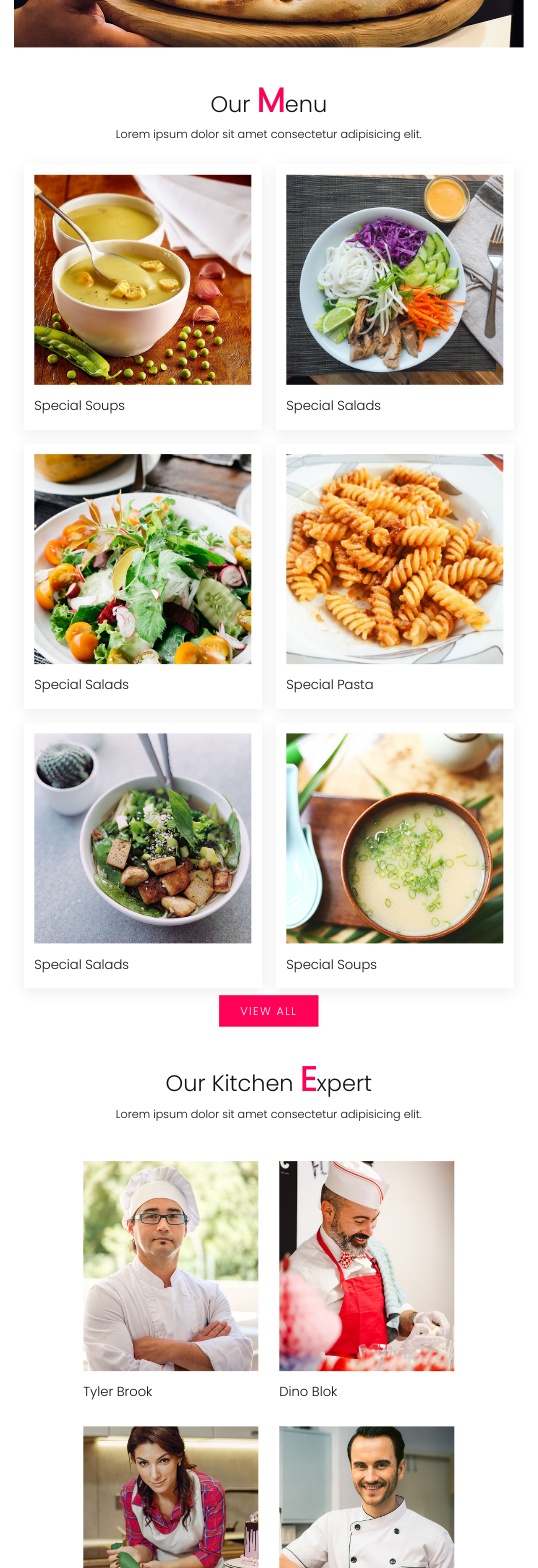
Repository: Adriandias1997/MobileFriendly_FoodWebsite
Page: index.html
These files come from the project's save history. The page is drawn as it stood at one moment and after the next save; the edit follows.
The browser window is 768 px wide. The pictures show the part of the page from y = 1344 to 3584 px (the page is 5927 px tall before and 5807 px after), at 70% of full size.

Above is the page before, as saved 2020-10-16 20:13:19.

### index.html
<!DOCTYPE html>
<html lang="en">

<head>
    <meta charset="UTF-8">
    <meta name="viewport" content="width=device-width, initial-scale=1.0">
    <title>Food</title>
    <link rel="stylesheet" href="style.css">
</head>

<body>
    <header>
        <a href="#" class="logo">Food <span>Corner</span></a>
        <div class="menuToggle" onclick="toggleMenu();"></div>
        <ul class="navigation">
            <li><a href="#banner">Home</a></li>
            <li><a href="#about">About Us</a></li>
            <li><a href="#menu">Menu</a></li>
            <li><a href="#expert">Expert</a></li>
            <li><a href="#testimonials">Testimonials</a></li>
            <li><a href="#contact">Contact</a></li>
        </ul>

    </header>
    <section class="banner" id="banner">
        <div class="content">
            <h2>Always choose Good</h2>
            <p>Lorem ipsum dolor sit amet consectetur adipisicing elit. Ipsam delectus nisi hic deserunt at, ex harum sit. Quos quaerat ut expedita velit. Commodi accusamus non debitis error sint at perspiciatis.</p>

            <a href="#" class="btn">Our Menu</a>
        </div>
    </section>

    <section class="about" id="about">
        <div class="row">
            <div class="col50">
                <h2 class="titleText"><span>A</span>bout Us</h2>
                <p>Lorem ipsum dolor sit amet consectetur adipisicing elit. Dolorum vero quam, at fuga facilis maiores consequatur! Quibusdam possimus debitis sed alias, provident fuga voluptatem, tempora eligendi aliquid quaerat laudantium repellat. Lorem
                    ipsum dolor sit amet consectetur adipisicing elit. Dolorum vero quam, at fuga facilis maiores consequatur! Quibusdam possimus debitis sed alias, provident fuga voluptatem, tempora eligendi aliquid quaerat laudantium repellat. Lorem
                    ipsum dolor sit amet consectetur adipisicing elit. Dolorum vero quam, at fuga facilis maiores consequatur! Quibusdam possimus debitis sed alias, provident fuga voluptatem, tempora eligendi aliquid quaerat laudantium repellat.
                </p>
            </div>
            <div class="col50">
                <div class="imgBx">
                    <img src="./Images/img1.jpg" alt="">
                </div>
            </div>
        </div>
    </section>

    <section class="menu" id="menu">
        <div class="title">
            <h2 class="titleText">Our <span>M</span>enu</h2>
            <p>Lorem ipsum dolor sit amet consectetur adipisicing elit.
            </p>
        </div>
        <div class="content">
            <div class="box">
                <div class="imgBx">
                    <img src="Images/menu1.jpg" alt="">
                </div>
                <div class="text">
                    <h3>Special Salads</h3>
                </div>
            </div>
            <div class="box">
                <div class="imgBx">
                    <img src="Images/menu2.jpg" alt="">
                </div>
                <div class="text">
                    <h3>Special Soups</h3>
                </div>
            </div>
            <div class="box">
                <div class="imgBx">
                    <img src="Images/menu3.jpg" alt="">
                </div>
                <div class="text">
                    <h3>Special Pasta</h3>
                </div>
            </div>
            <div class="box">
                <div class="imgBx">
                    <img src="Images/menu4.jpg" alt="">
                </div>
                <div class="text">
                    <h3>Special Salads</h3>
                </div>
            </div>
            <div class="box">
                <div class="imgBx">
                    <img src="Images/menu5.jpg" alt="">
                </div>
                <div class="text">
                    <h3>Special Soups</h3>
                </div>
            </div>
            <div class="box">
                <div class="imgBx">
                    <img src="Images/menu6.jpg" alt="">
                </div>
                <div class="text">
                    <h3>Special Salads</h3>
                </div>
            </div>
        </div>
        <div class="title">
            <a href="#" class="btn">
                View All
            </a>
        </div>
    </section>
    <section class="expert" id="expert">
        <div class="title">
            <h2 class="titleText">Our Kitchen <span>E</span>xpert</h2>
            <p>Lorem ipsum dolor sit amet consectetur adipisicing elit.
            </p>
        </div>
        <div class="content">
            <div class="box">
                <div class="imgBx">
                    <img src="Images/expert1.jpg" alt="">
                </div>
                <div class="text">
                    <h3>Tyler Brook</h3>
                </div>
            </div>
            <div class="box">
                <div class="imgBx">
                    <img src="Images/expert2.jpg" alt="">
                </div>
                <div class="text">
                    <h3>Dino Blok</h3>
                </div>
            </div>
            <div class="box">
                <div class="imgBx">
                    <img src="Images/expert3.jpg" alt="">
                </div>
                <div class="text">
                    <h3>Melanie Sasha</h3>
                </div>
            </div>
            <div class="box">
                <div class="imgBx">
                    <img src="Images/expert4.jpg" alt="">
                </div>
                <div class="text">
                    <h3>Bevon Gomez</h3>
                </div>
            </div>
        </div>
    </section>

    <section class="testimonials" id="testimonials">
        <div class="title white">
            <h2 class="titleText">They <span>S</span>aid about Us</h2>
            <p>Lorem ipsum dolor sit amet consectetur adipisicing elit.
            </p>
        </div>
        <div class="content">
            <div class="box">

                <div class="imgBx">
                    <img src="Images/testi1.jpg" alt="">
                </div>
                <div class="text">
                    <p>Lorem ipsum dolor sit amet consectetur adipisicing elit. Ipsam delectus nisi hic deserunt at, ex harum sit. Quos quaerat ut expedita velit. Commodi accusamus non debitis error sint at perspiciatis.
                    </p>
                    <h3>Christina Dias</h3>
                </div>
            </div>
            <div class="box">

                <div class="imgBx">
                    <img src="Images/testi2.jpg" alt="">
                </div>
                <div class="text">
                    <p>Lorem ipsum dolor sit amet consectetur adipisicing elit. Ipsam delectus nisi hic deserunt at, ex harum sit. Quos quaerat ut expedita velit. Commodi accusamus non debitis error sint at perspiciatis.
                    </p>
                    <h3>Charlie Walker</h3>
                </div>
            </div>
            <div class="box">

                <div class="imgBx">
                    <img src="Images/testi3.jpg" alt="">
                </div>
                <div class="text">
                    <p>Lorem ipsum dolor sit amet consectetur adipisicing elit. Ipsam delectus nisi hic deserunt at, ex harum sit. Quos quaerat ut expedita velit. Commodi accusamus non debitis error sint at perspiciatis.
                    </p>
                    <h3>Maya Jensen</h3>
                </div>
            </div>
        </div>
    </section>

    <section class="contact" id="contact">
        <div class="title">
            <h2 class="titleText"><span>C</span>ontact Us</h2>
            <p>Lorem ipsum dolor sit amet consectetur adipisicing elit.
            </p>
        </div>
        <div class="contactForm">
            <h3>Send Message</h3>
            <div class="inputBox">
                <input type="text" placeholder="Name">
            </div>
            <div class="inputBox">
                <input type="text" placeholder="Email">
            </div>
            <div class="inputBox">
                <textarea placeholder="Say Something"></textarea>

                <div class="inputBox">
                    <input type="submit" value="send">
                </div>

            </div>
    </section>
    <div class="copyrightText">
        <p>Copyright 2020 <a href="#">Adrian Dias</a>. All Right Reserved</p>

    </div>
    <script src="index.js"></script>
</body>

</html>

### style.css
            @import url("https://fonts.googleapis.com/css2?family=Poppins:wght@300&display=swap");
            * {
                margin: 0;
                padding: 0;
                box-sizing: border-box;
                font-family: "Poppins", sans-serif;
                scroll-behavior: smooth;
            }

            p {
                font-weight: 300;
                color: #111;
            }
            /* body {
    min-height: 1000px;
} */

            .banner {
                position: relative;
                width: 100%;
                min-height: 100vh;
                display: flex;
                justify-content: center;
                align-items: center;
                background: url(./Images/bg.jpg);
                background-size: cover;
            }

            .banner .content {
                max-width: 900px;
                text-align: center;
            }

            .banner .content h2 {
                font-size: 5em;
                color: #fff;
            }

            .banner .content p {
                font-size: 1em;
                color: #fff;
            }

            .btn {
                font-size: 1em;
                color: #fff;
                background: #ff0157;
                display: inline-block;
                padding: 10px 30px;
                text-transform: uppercase;
                text-decoration: none;
                letter-spacing: 2px;
                transition: 0.5s;
            }

            .btn:hover {
                background-color: #fff;
                color: #ff0157;
                letter-spacing: 6px;
            }

            header {
                position: fixed;
                top: 0;
                left: 0;
                width: 100%;
                padding: 40px 100px;
                z-index: 10000;
                display: flex;
                justify-content: space-between;
                align-items: center;
                transition: 0.5s;
            }

            header.sticky {
                background: #fff;
                padding: 10px 100px;
                box-shadow: 0 5px 20px rgba(0, 0, 0, 0.05);
            }

            header .logo {
                color: #fff;
                font-weight: 700;
                text-decoration: none;
                font-size: 2em;
            }

            header.sticky .logo {
                color: #111;
            }

            header .logo span {
                color: #ff0157;
            }

            header .navigation {
                position: relative;
                display: flex;
            }

            header .navigation li {
                list-style: none;
                margin-left: 30px;
            }

            header .navigation li a {
                text-decoration: none;
                color: #fff;
                font-weight: 300;
            }

            header.sticky .navigation li a {
                color: #111;
                font-weight: 300;
            }

            header .navigation li a:hover {
                color: #ff0157;
            }

            section {
                padding: 100px;
            }

            .row {
                position: relative;
                width: 100%;
                display: flex;
                justify-content: space-between;
            }

            .row .col50 {
                position: relative;
                width: 48%;
            }

            .titleText {
                color: #111;
                font-size: 2em;
                font-weight: 400;
            }

            .titleText span {
                color: #ff0157;
                font-size: 1.5em;
                font-weight: 700;
            }

            .row .col50 .imgBx {
                position: relative;
                width: 100%;
                height: 100%;
                /* min-height: 300px; */
            }

            .row .col50 .imgBx img {
                position: relative;
                top: 0;
                left: 0;
                width: 100%;
                height: 100%;
                object-fit: cover;
            }

            .title {
                width: 100%;
                display: flex;
                justify-content: center;
                align-items: center;
                flex-direction: column;
            }

            .menu .content {
                display: flex;
                justify-content: center;
                flex-direction: row-reverse;
                flex-wrap: wrap;
                margin-top: 40px;
            }

            .menu .content .box {
                width: 340px;
                margin: 20px;
                border: 15px solid #fff;
                box-shadow: 0 5px 20px rgba(0, 0, 0, 0.08);
            }

            .menu .content .box .imgBx {
                position: relative;
                width: 100%;
                height: 300px;
            }

            .menu .content .box .imgBx img {
                position: absolute;
                top: 0;
                left: 0;
                width: 100%;
                height: 100%;
                object-fit: cover;
            }

            .menu .content .box .text {
                padding: 15px 0 5px;
            }

            .menu .content .box .text h3 {
                font-weight: 400;
                color: #111;
            }

            .expert .content {
                display: flex;
                justify-content: center;
                align-items: center;
                flex-wrap: wrap;
                flex-direction: row;
                margin-top: 40px;
            }

            .expert .content .box {
                width: 250px;
                margin: 15px;
            }

            .expert .content .box .imgBx {
                position: relative;
                width: 100%;
                height: 300px;
            }

            .expert .content .box .imgBx img {
                position: absolute;
                top: 0;
                left: 0;
                width: 100%;
                height: 100%;
                object-fit: cover;
            }

            .expert .content .box .text {
                padding: 15px 0 5px;
            }

            .expert .content .box .text h3 {
                font-weight: 400;
                color: #111;
            }

            .testimonials {
                background: url(./Images/bg2.jpg);
                background-size: cover;
            }

            .white .titleText,
            .white p {
                color: #fff;
            }

            .testimonials .content {
                display: flex;
                justify-content: center;
                flex-wrap: wrap;
                flex-direction: row;
                margin-top: 40px;
            }

            .testimonials .content .box {
                width: 340px;
                margin: 20px;
                padding: 40px;
                background: #fff;
                display: flex;
                justify-content: center;
                align-items: center;
                flex-direction: column;
            }

            .testimonials .content .box .imgBx {
                position: relative;
                width: 80px;
                height: 80px;
                margin-bottom: 20px;
                border-radius: 50%;
                overflow: hidden;
            }

            .testimonials .content .box .imgBx img {
                position: absolute;
                top: 0;
                left: 0;
                width: 100%;
                height: 100%;
                object-fit: cover;
            }

            .testimonials .content .box .text {
                text-align: center;
            }

            .testimonials .content .box .text p {
                color: #666;
                font-style: italic;
                font-size: 15px;
            }

            .testimonials .content .box .text h3 {
                margin-top: 20px;
                color: #ff0157;
                font-size: 1em;
                font-weight: 600;
            }

            .contact {
                background: url(./Images/bg3.jpg);
                background-size: cover;
            }

            .contactForm {
                padding: 75px 50px;
                background: #fff;
                box-shadow: 0 15px 50px rgba(0, 0, 0, 0.1);
                max-width: 500px;
                margin-top: 50px;
            }

            .contactForm h3 {
                color: #111;
                font-size: 1.2em;
                margin-bottom: 20px;
                font-weight: 500;
            }

            .contactForm .inputBox {
                position: relative;
                width: 100%;
                margin-bottom: 20px;
            }

            .contactForm .inputBox input,
            .contactForm .inputBox textarea {
                width: 100%;
                border: 1px solid #555;
                padding: 10px;
                color: #111;
                outline: none;
                font-size: 16px;
                font-weight: 300;
                resize: none;
            }

            .contactForm .inputBox input[type='submit'] {
                font-size: 1em;
                color: #fff;
                background: #ff0157;
                display: inline-block;
                text-transform: uppercase;
                text-decoration: none;
                letter-spacing: 2px;
                transition: 0.5s;
                max-width: 100px;
                font-weight: 500;
                border: none;
                cursor: pointer;
            }

            .copyrightText {
                padding: 8px 40px;
                border-top: 1px solid rgba(0, 0, 0, 0.1);
                text-align: center;
            }

            .copyrightText p {
                color: #333;
            }

            .copyrightText a {
                color: #ff0157;
                font-weight: 500;
                text-decoration: none;
            }

            @media(max-width:991px) {
                header,
                header.sticky {
                    padding: 10px 20px;
                }
                header .navigation {
                    display: none;
                }
                header .navigation.active {
                    width: 100%;
                    height: calc(100% - 68px);
                    position: fixed;
                    top: 68px;
                    left: 0;
                    display: flex;
                    justify-content: center;
                    align-items: center;
                    flex-direction: column;
                    background: #fff;
                }
                header .navigation li {
                    margin-left: 0;
                }
                header .navigation li a {
                    color: #111;
                    font-size: 1.6em;
                }
                .menuToggle {
                    position: relative;
                    width: 40px;
                    height: 40px;
                    background: url(./Images/menu.png);
                    background-size: 30px;
                    background-repeat: no-repeat;
                    background-position: center;
                    cursor: pointer;
                }
                .menuToggle.active {
                    background: url(./Images/close.png);
                    background-size: 25px;
                    background-repeat: no-repeat;
                    background-position: center;
                }
                header.sticky .menuToggle {
                    filter: invert(1);
                }
                section {
                    padding: 20px;
                }
                .banner .content h2 {
                    font-size: 3em;
                }
                .row {
                    flex-direction: column;
                }
                .row .col50 {
                    position: relative;
                    width: 100%;
                }
                .row .col50 .imgBx {
                    height: 300px;
                    /* min-height: 300px; */
                    margin-top: 20px;
                }
                .menu .content {
                    margin-top: 20px;
                }
                .menu .content .box {
                    margin: 10px;
                }
            }

### index.js
window.addEventListener('scroll', function() {
    const header = document.querySelector('header');
    header.classList.toggle('sticky', window.scrollY > 0);
});

function toggleMenu() {
    const menuToggle = document.querySelector('.menuToggle');
    const navigation = document.querySelector('.navigation');
    menuToggle.classList.toggle('active');
    navigation.classList.toggle('active');

}

After the next save:
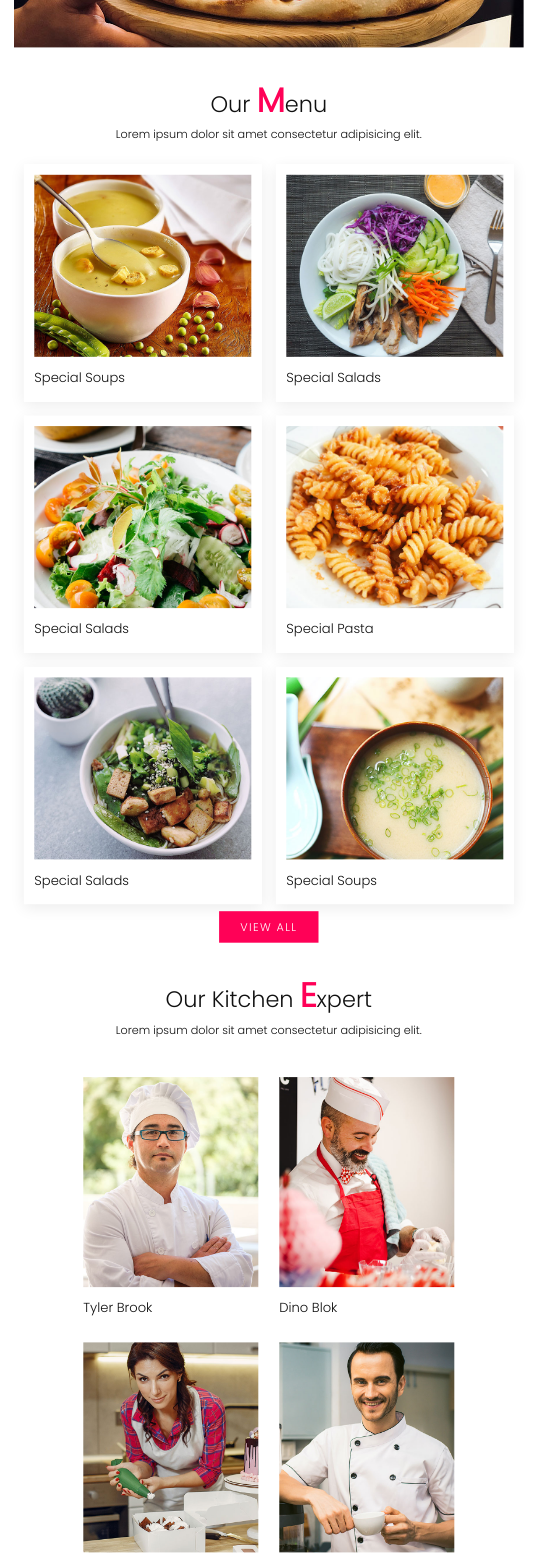
Saved 50 s later.
--- a/style.css
+++ b/style.css
@@ -450,4 +450,7 @@
                 .menu .content .box {
                     margin: 10px;
                 }
-            }
+                .menu .content .box .imgBx {
+                    height: 260px;
+                }
+            }
